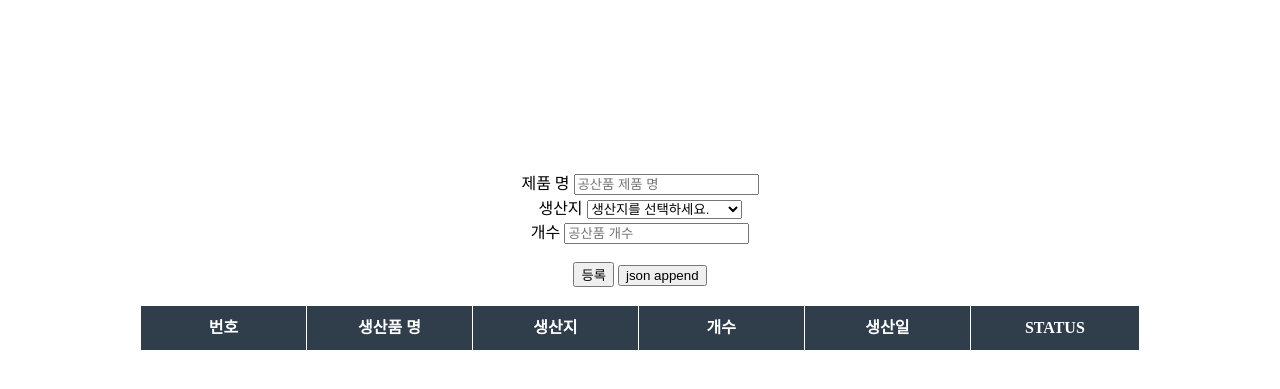
Repository: charmingjae/swproject
Page: http://localhost/board_project/product.jsp
The author's editor kept a copy of each file at every save. The page is drawn from the files as they stood at one save, then again after the next save.
The browser window is 1280 px wide. The pictures show the whole page.
Some web libraries are served in a nearby version. The page is served by Tomcat 9. Other server files are loaded and not shown. Queries for data that is not in the repository find no rows.

Above is the page before, as saved 2019-10-15 11:18:32.

### board_project/board_project/WebContent/product.jsp
<%@ taglib uri="http://java.sun.com/jsp/jstl/core" prefix="c" %> <!--  0924 append -->
<%@ page session="false" %> <!-- 0924 append -->
<%@ page language="java" contentType="text/html; charset=EUC-KR"
    pageEncoding="EUC-KR"%>
<%@ page import="java.sql.*" %>
<%@ page import="java.util.ArrayList"%>
<%@ taglib prefix="fmt" uri="http://java.sun.com/jsp/jstl/fmt" %>
<style>
	table.type11 {
	    border-collapse: separate;
	    border-spacing: 1px;
	    text-align: center;
	    line-height: 1.5;
	    margin: 20px 10px;
	}
	table.type11 th {
	    width: 155px;
	    padding: 10px;
	    font-weight: bold;
	    vertical-align: top;
	    color: #fff;
	    background: #303D4B ;
	}
	table.type11 td {
	    width: 155px;
	    padding: 10px;
	    vertical-align: top;
	    border-bottom: 1px solid #ccc;
	    background: #eee;
	}
	a:link { color: red; text-decoration: none;}
	a:visited { color: black; text-decoration: none;}
	a:hover { color: blue; text-decoration: none;}
</style>

<script type="text/javascript" src="http://code.jquery.com/jquery-1.10.1.min.js"></script> <!--  0924 append -->
<script language = "javascript">




// SQL
// 0924 append


													// TEST1
/*       $(function() {

        $("#checkJson").click(function() {
          var form = document.writeform;
          //사람 정보
          var blockChain = new Array();

          var blockInfo = new Object();

          blockInfo.name = form.proname.value;
          blockInfo.location = form.proloc.value;
          blockInfo.count = form.pronumber.value;

          blockChain.push(blockInfo);


          //블록체인 정보를 넣음
          var totalInfo = new Object();

          totalInfo.block = blockChain;

          var jsonInfo = JSON.stringify(totalInfo);
          console.log(jsonInfo); //브라우저 f12개발자 모드에서 confole로 확인 가능
          alert(jsonInfo);

        });

      }); */




      												// TEST2
 	$(function() {

        $("#checkJson").click(function() {
          var form = document.writeform;
          //사람 정보
          var blockChain = new Array();

          var blockInfo = new Object();

          blockInfo.sender = form.proname.value;
          blockInfo.recipient = form.proloc.value;
          blockInfo.amount = form.pronumber.value;

          blockChain.push(blockInfo);


          //블록체인 정보를 넣음
          var totalInfo = new Object();

          totalInfo/* .transactions */ = blockChain;

          var jsonInfo = JSON.stringify(totalInfo);
          console.log(jsonInfo); //브라우저 f12개발자 모드에서 confole로 확인 가능
          alert(jsonInfo);

          $.ajax({
        	  type: "POST",
              dataType : "JSON",
              url : "http://localhost:8000/transactions/new/",
              data : jsonInfo,
              success : function(data){
            	  alert("SUCCESS");
              },
              error : function(e){
            	  alert("문제가 일어났습니다.");
              }
          });
        });
      });

//


function writeCheck()
{
	var form = document.writeform;
	if(!form.proname.value)
	{
		alert("제품 명을 선택하세요.");
		form.name.focus();
		return;
	}

	if(!form.proloc.value)
	{
		alert("생산지를 적어주세요.");
		form.proloc.focus();
		return;
	}
	if(!form.pronumber.value)
	{
		alert("개수를 입력하세요.");
		form.pronumber.focus();
		return;
	}
	form.submit();
}



function addRow(){

	   mytable = document.getElementById("table1");  //행을 추가할 테이블
	   row = mytable.insertRow(mytable.rows.length);  //추가할 행


	   cell1 = row.insertCell(0);  //실제 행 추가 여기서의 숫자는 컬럼 수
	   cell2 = row.insertCell(1);
	   cell3 = row.insertCell(2);


       cell1.innerHTML = document.getElementsByName('proname')[0].value; //추가한 행에 원하는  요소추가
	   cell2.innerHTML = document.getElementsByName('proloc')[0].value;
	   cell3.innerHTML = document.getElementsByName('pronumber')[0].value;
	}

function statusChg(){



	if(confirm("상태를 변경하시겠습니까?")){

	}
	else{
		return;
	}

}

	<%

		final int ROWSIZE = 4;
		final int BLOCK = 5;

		int pg = 1;

		if(request.getParameter("pg")!=null){
			pg=Integer.parseInt(request.getParameter("pg"));
		}

		int start = (pg*ROWSIZE) - (ROWSIZE -1);
		int end = (pg*ROWSIZE);

		int allPage = 0;

		int startPage = ((pg-1)/BLOCK*BLOCK)+1;
		int endPage = ((pg-1)/BLOCK*BLOCK)+BLOCK;
	%>
</script>
<!DOCTYPE html PUBLIC "-//W3C//DTD HTML 4.01 Transitional//EN" "http://www.w3.org/TR/html4/loose.dtd">
<html>
	<head>
 		<title> 공산품 관리 </title>
	</head>
 	<body>
 		<table>
			 <center>


				 <form name=writeform method=post action="write_ok.jsp">
				 			<br /><br /><br /><br /><br /><br /><br /><br /><br />
								<label>제품 명 </label>
								<input autocomplete=off list="product" id="prodname" name="proname" placeholder="공산품 제품 명">
									<datalist id="product">
											<option value="AIR JORDAN1">AIR JORDAN1</option>
											<option value="YEEZY BOOST">YEEZY BOOST</option>
									</datalist>
								<br />
								<label>생산지 </label>
							 	<!-- <input autocomplete=off name="proloc" placeholder="생산지" /> -->
									<select id="prodloc" name="proloc" size=1">
										<optgroup label="ASIA">
											<option value="" selected disabled hidden> 생산지를 선택하세요.</option>
											<option value="KR">KR(KOREA)</option>
											<option value="CH">CH(CHINA)</option>
										</optgroup>
									</select>
								<br />
								<label>개수 </label>
								<input autocomplete=off id="prodnumber" name="pronumber" placeholder="공산품 개수"/>
				 </form>



			 </center>
		</table>
 		<br />
		<table width="100%" cellpadding="0" cellspacing="0" border="0" style="margin:auto; text-align:center">


	  		<tr>
	   			<td>
	   				<input type=button value="등록" OnClick = "javascript:writeCheck();">
	   				<input type=button value="json append" id="checkJson">
	   			</td>
	  		</tr>
  		<!-- <script type="text/javascript" src"./js/app.js"></script> -->
		</table>
		<br />

		<table width="1000px" cellpadding="0" cellspacing="0" border="0" style="margin:auto; text-align:center" class="type11">
		<tr>
			<th>번호</th>
			<th>생산품 명</th>
			<th>생산지</th>
			<th>개수</th>
			<th>생산일</th>
			<th>STATUS</th>
		</tr>
  			<%

  			request.setCharacterEncoding("euc-kr");
  			Class.forName("com.mysql.jdbc.Driver");

  			String url = "jdbc:mysql://localhost:3306/pm?characterEncoding=UTF-8 & serverTimezone=UTC";
  			String id = "root";
  			String pass = "ckalswosla1";
  			String product_name = request.getParameter("proname");
  			String nation = request.getParameter("proloc");
  			String count = request.getParameter("pronumber");



  			ResultSet rs = null;
  			ResultSet rs1 = null;
  			int total = 0;
  			/* Statement stmt = null; */
  			try {


  				Connection conn = DriverManager.getConnection(url,id,pass);

  				/* final int ROWSIZE = 4;
  				final int BLOCK = 5;

  				int pg = 1;

  				if(request.getParameter("pg")!=null){
  					pg=Integer.parseInt(request.getParameter("pg"));
  				}

  				int start = (pg*ROWSIZE) - (ROWSIZE -1);
  				int end = (pg*ROWSIZE);

  				int allPage = 0;

  				int startPage = ((pg-1)/BLOCK*BLOCK)+1;
  				int endPage = ((pg-1)/BLOCK*BLOCK)+BLOCK; */

  				String sql = "SELECT * FROM PRODUCT WHERE NO >= " + start + " and NO <= " + end + " ORDER BY NO";
  				String sqlSort = "SELECT COUNT(*) FROM PRODUCT";

  				Statement stmt = conn.createStatement();
  				Statement stmt1 = conn.createStatement();


  				rs1 = stmt1.executeQuery(sqlSort);
  				try{
  	  				if(rs1.next()){
  	  					total = rs1.getInt(1);
  	  				}
  				}catch(NullPointerException e){
  					out.println(e.toString());
  				}

  				rs = stmt.executeQuery(sql);


  				while(rs.next())
  				{
  			%>
  				<tr>
  					<td><%= rs.getString("NO") %></td>
  					<td><%= rs.getString("PRODUCT_NAME") %></td>
  					<td><%= rs.getString("NATION") %></td>
  					<td><%= rs.getString("COUNT") %></td>
  					<td><%= rs.getString("CREATE_DATE") %></td>
  					<td><a class="statusChg" href="javascript:statusChg();">
  					<%= rs.getString("STATUS") %></a>
  					</td>
  				</tr>
  			<%
  				}

  				allPage = (int)Math.ceil(total/(double)ROWSIZE);

  				if(endPage > allPage){
  					endPage = allPage;
  				}

  				rs.close();
  				rs1.close();
				stmt.close();
  				stmt1.close();
  				conn.close();
  			} catch(SQLException e) {
  			out.println( e.toString() );
  			}
  			%>
  			</table>

  			<table width="100%" cellpadding="0" cellspacing="0" border="0">
  				<tr><td colspan="4" height="5"></td></tr>
  				<tr>
  					<td align="center">
  						<%
  							if(pg>BLOCK){
  						%>
  							<a href="product.jsp?pg=1"> ◀◀ </a>
  							<a href="product.jsp?pg=<%=startPage-1%>"> ◀ </a>
  						<%
  							}
  						%>

  						<%
  							for(int i=startPage;i<=endPage;i++){
  								if(i==pg){
  						%>
  								<b> <%= i %>&nbsp; </b>
  						<%
  								}else{
  						%>
  									<a href="product.jsp?pg=<%=i %>"><%= i %>&nbsp;</a>
  						<%
  								}
  							}
  						%>

  						<%
  							if(endPage<allPage){
  						%>
  							<a href="product.jsp?pg=<%=endPage+1 %>"> ▶ </a>
  							<a href="product.jsp?pg=<%=allPage %>"> ▶▶ </a>
  						<%
  							}
  						%>
  						</td>
  						</tr>
  			</table>
	</body>
</html>

After the next save:
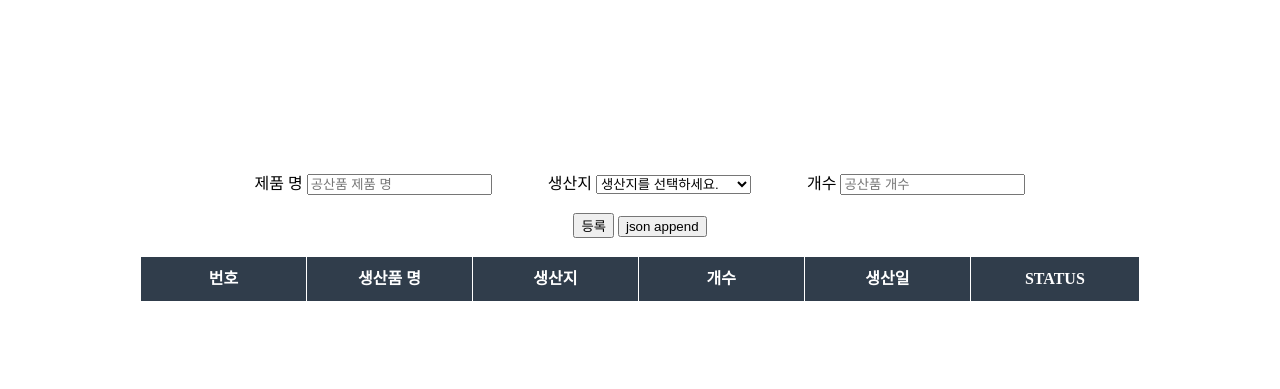
Saved 115 s later.
--- a/board_project/board_project/WebContent/product.jsp
+++ b/board_project/board_project/WebContent/product.jsp
@@ -214,7 +214,7 @@ function statusChg(){
 											<option value="AIR JORDAN1">AIR JORDAN1</option>
 											<option value="YEEZY BOOST">YEEZY BOOST</option>
 									</datalist>
-								<br />
+								&emsp;&emsp;&emsp;
 								<label>생산지 </label>
 							 	<!-- <input autocomplete=off name="proloc" placeholder="생산지" /> -->
 									<select id="prodloc" name="proloc" size=1">
@@ -224,7 +224,7 @@ function statusChg(){
 											<option value="CH">CH(CHINA)</option>
 										</optgroup>
 									</select>
-								<br />
+								&emsp;&emsp;&emsp;
 								<label>개수 </label>
 								<input autocomplete=off id="prodnumber" name="pronumber" placeholder="공산품 개수"/>
 				 </form>
